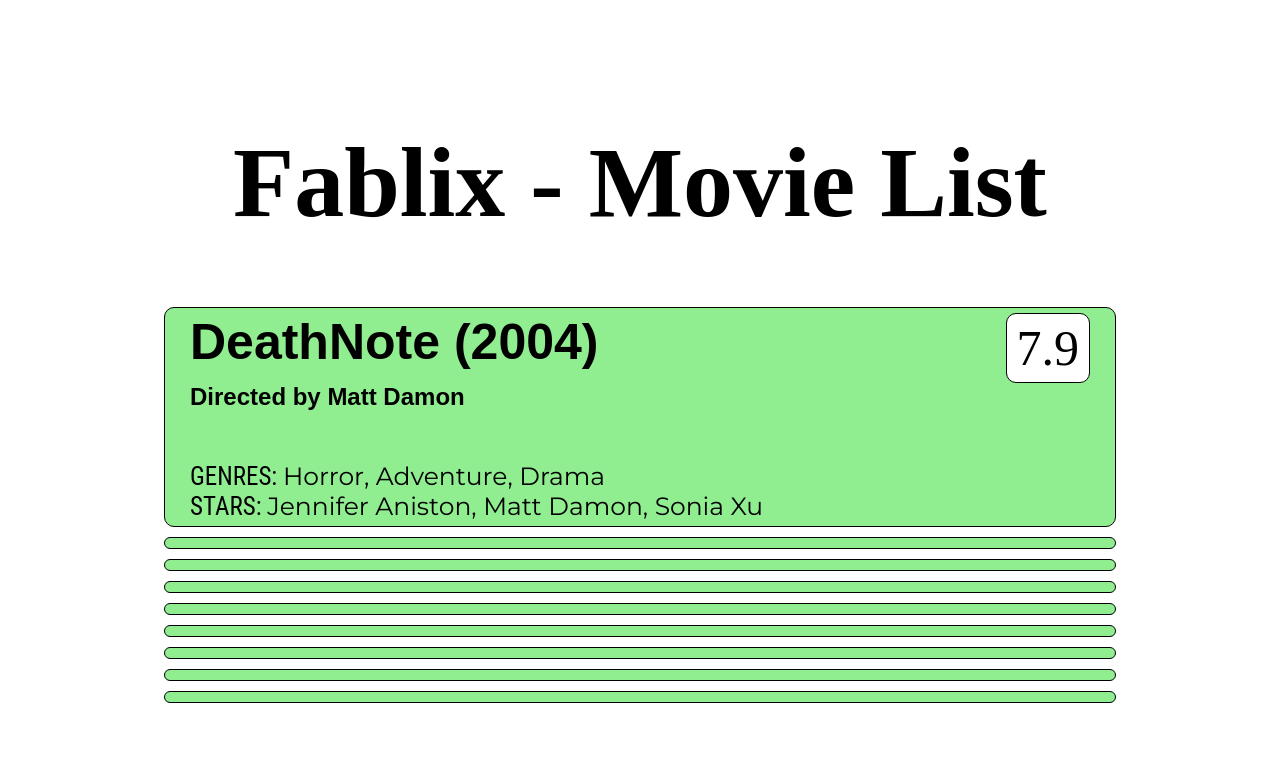
Repository: csumphan/fablix
Page: http://localhost/Project1/
The author's editor kept a copy of each file at every save. The page is drawn from the files as they stood at one save, then again after the next save.
The browser window is 1280 px wide. The pictures show the whole page.
Some web fonts or font styles are not loaded; a fallback is used. The page is served by Tomcat 9. Nobody is signed in. The application's start-up code is not run. Other server files are loaded and not shown.

Above is the page before, as saved 2018-01-23 00:32:25.

### Project1/WebContent/index.html
<!DOCTYPE html>
<html>
<head>
<meta charset="UTF-8">
<title>Insert title here</title>
<link href="https://fonts.googleapis.com/css?family=Libre+Franklin|Montserrat|Play|Roboto+Condensed" rel="stylesheet">
<link type="text/css" href="styles.css" rel="stylesheet"/>
</head>
<body>
	<h1>Fablix - Movie List</h1>
	<div id="movie-list-container">
		<div class="movie-item">
			<div class="header-container">
				<h1>DeathNote <span>(2004)</span></h1>
				<div class="rating">7.9</div>
			</div>
			<div class="sub-header-container">
				<h2>Directed by Matt Damon</h2>
			</div>
			<div class="info-container">
				<div class="genres-container">
					GENRES:
					<span class="info-list">Horror, Adventure, Drama</span>
				</div>
				<div class="stars-container">
					STARS: <span class="info-list">Jennifer Aniston, Matt Damon, Sonia Xu</span>
				</div>
			</div>
		</div>
		<div class="movie-item"></div>
		<div class="movie-item"></div>
		<div class="movie-item"></div>
		<div class="movie-item"></div>
		<div class="movie-item"></div>
		<div class="movie-item"></div>
		<div class="movie-item"></div>
		<div class="movie-item"></div>
	</div>
</body>
</html>

### Project1/WebContent/styles.css
body {
	padding: 50px;
	display: flex;
	justify-content: center;
	align-items: center;
	flex-direction: column;
	background-color: white;
}

body > h1 {
	font-size: 100px;
}
#movie-list-container {
	width: 1000px;
	display: flex;
	justify-content: center;
	align-items: center;
	flex-direction: column;
}

.movie-item {
	width: 900px;
	border-radius: 10px;
	border: 1px solid black;
	background-color: lightgreen;
	margin-bottom: 10px;
	padding: 5px 25px;
}

.header-container {
	display: flex;
	justify-content: space-between;
}

.header-container > h1 {
	font-family: 'Play', sans-serif;
	margin: 0px;
	font-size: 50px;
}

.sub-header-container > h2 {
	font-family: 'Libre Franklin', sans-serif;
	margin: 0px;
}

.info-container {
	font-family: 'Roboto Condensed', sans-serif;
	font-size: 25px;
	margin-top: 50px;
	display: flex;
	flex-direction: column;
}

.rating {
	font-size: 50px;
	border: 1px solid black;
	padding: 5px 10px;
	border-radius: 10px;
	background-color: white;
}

.genres-container {
	width: 100%;
}

.info-list {
	font-family: 'Montserrat', sans-serif;
	font-size: 25px;
}


.stars-container {
	width: 100%;
}

After the next save:
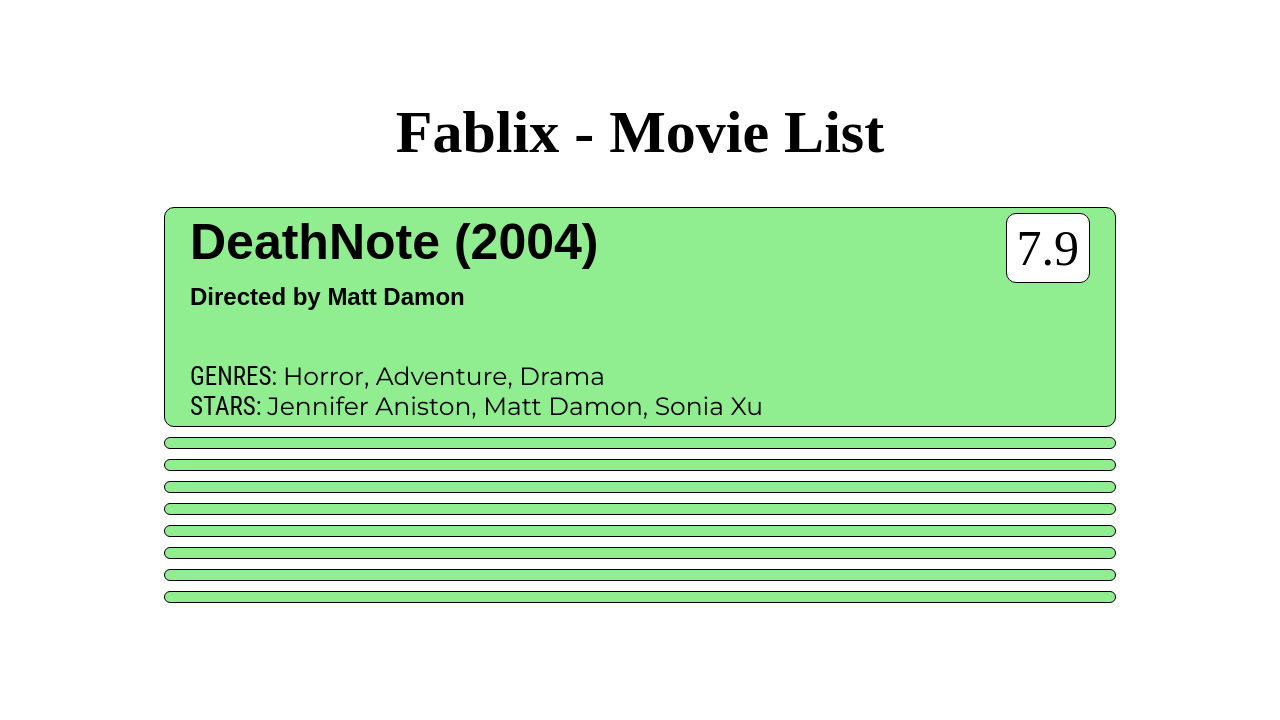
Saved 9 s later.
--- a/Project1/WebContent/styles.css
+++ b/Project1/WebContent/styles.css
@@ -8,7 +8,7 @@
 }
 
 body > h1 {
-	font-size: 100px;
+	font-size: 60px;
 }
 #movie-list-container {
 	width: 1000px;
